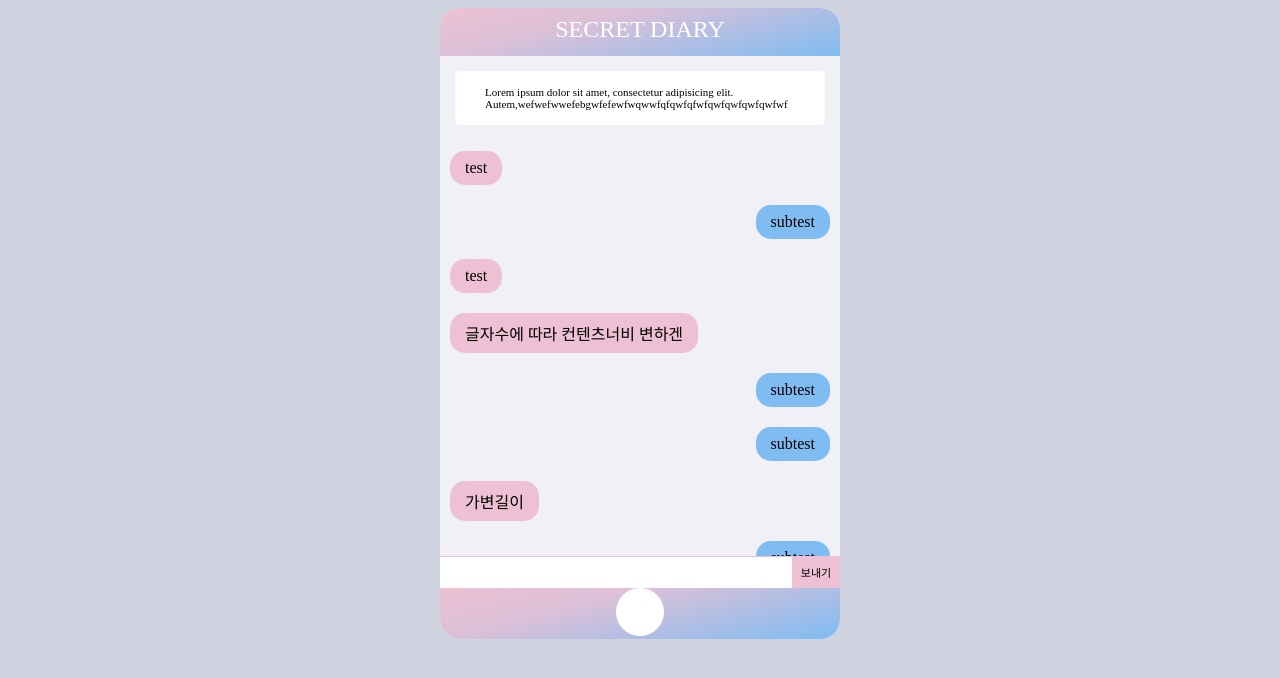
Repository: jinhee196/diary
Page: index.html
These files come from the project's save history. The page is drawn as it stood at one moment and after the next save; the edit follows.
The browser window is 1280 px wide. The pictures show the whole page.

Above is the page before, as saved 2021-06-04 13:01:30.

### index.html
<!DOCTYPE html>
<html lang="ko">
<head>
    <meta charset="UTF-8">
    <meta http-equiv="X-UA-Compatible" content="IE=edge">
    <meta name="viewport" content="width=device-width, initial-scale=1.0">
    <title>secret Note</title>
    <link rel="stylesheet" href="style.css">
</head>
<body>
  <div class="container">
      <header class="header">SECRET DIARY</header>
      <section id="morning">
        <p class="desc">Lorem ipsum dolor sit amet, consectetur adipisicing elit. Autem,wefwefwwefebgwfefewfwqwwfqfqwfqfwfqwfqwfqwfqwfwf </p>
        <ul class="items">
          <li class="item">test</li>
          <li class="item-sub">subtest</li>
          <li class="item">test</li>
          <li class="item">글자수에 따라 컨텐츠너비 변하겐</li>
          <li class="item-sub">subtest</li>
          <li class="item-sub">subtest</li>
          <li class="item">가변길이</li>
          <li class="item-sub">subtest</li>
          <li class="item-sub">subtest</li>
          <li class="item-sub">subtest</li>

        </ul>
        <div class="message">
        <input type="text" class="footer__input" />
        <button class="footer__submit">보내기</button>
        </div>
    </section>
    <footer class="footer">

      <button class="footer__button">
         <i class="fas fa-plus"></i>
       </button>
     </footer>
  </div>
</body>
</html>

### style.css
* {
  box-sizing: border-box;
}
ul {
  padding: 0;
}

button {
  outline: none;
  background: transparent;
  border: none;
  cursor: pointer;
}
body {
  background-color: #ced3df;
  text-align: center;
}

.container {
  width: 400px;
  margin: auto;
  background-color: #f1f0f7;
  border-radius: 20px;
}

.header {
  height: 48px;
  padding: 8px;
  font-size: 24px;
  background: rgba(237, 193, 211);

  background: linear-gradient(
    166deg,
    rgba(237, 193, 211, 1) 0%,
    rgba(219, 192, 216, 1) 35%,
    rgba(127, 188, 242, 1) 100%
  );
  border-radius: 20px 20px 0 0;
  color: #fff;
}

#morning {
  height: 532px;
  position: relative;
  overflow: hidden;
}

.desc {
  width: 370px;
  font-size: 11px;
  text-align: left;
  padding: 15px 30px;
  margin: 15px auto 0;
  background-color: #fff;
  border-radius: 5px;
}
.items {
  height: 500px;
  overflow-y: auto;
}

.item {
  padding: 8px 15px;
  margin: 10px;
  border-radius: 15px;
  background: rgba(237, 193, 211);
  display: inline-block;
  float: left;
  clear: both;
}
.item-sub {
  padding: 8px 15px;
  margin: 10px;
  border-radius: 15px;
  background: rgba(127, 188, 242, 1);
  display: inline-block;
  float: right;
  clear: both;
}

.footer {
  background: rgba(237, 193, 211);

  background: linear-gradient(
    166deg,
    rgba(237, 193, 211, 1) 0%,
    rgba(219, 192, 216, 1) 35%,
    rgba(127, 188, 242, 1) 100%
  );
  border-radius: 0 0 20px 20px;
}
.message {
  position: absolute;
  bottom: 0;
  width: 100%;
}
.footer__input {
  width: 88%;
  height: 32px;
  border: none;
  outline: none;
  font-size: 14px;
  font-weight: 400;
  padding: 0 16px;
  float: left;
  border-top: 1px solid rgba(237, 193, 211);
}

.footer__submit {
  width: 12%;
  height: 32px;
  float: right;
  background-color: rgba(237, 193, 211);
  font-size: 11px;
  padding: 0;
}
.footer__button {
  width: 48px;
  height: 48px;
  background-color: #fff;
  border-radius: 50%;
  color: #fff;
  font-size: 28px;
  transition: transform 300ms ease-in;
}

.footer__button:hover {
  transform: scale(1.1);
}

After the next save:
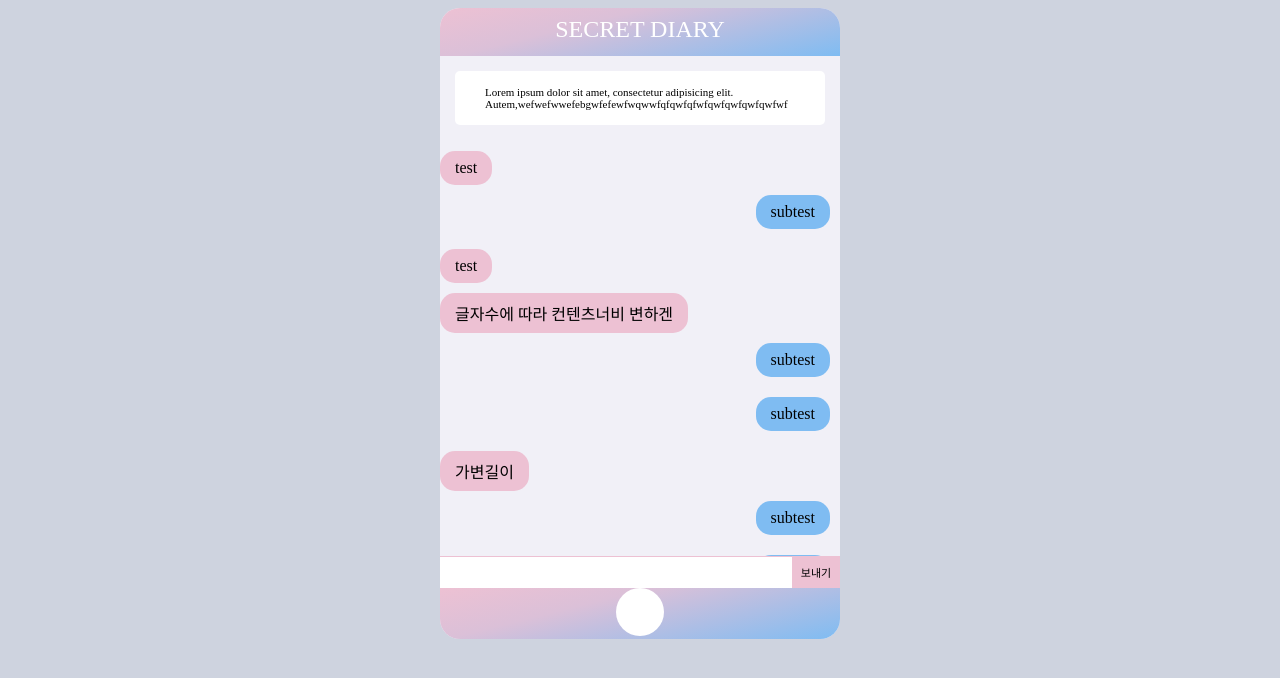
Saved 19 s later.
--- a/style.css
+++ b/style.css
@@ -61,7 +61,7 @@
 
 .item {
   padding: 8px 15px;
-  margin: 10px;
+  margin: 10px 0 0;
   border-radius: 15px;
   background: rgba(237, 193, 211);
   display: inline-block;

After the save that followed:
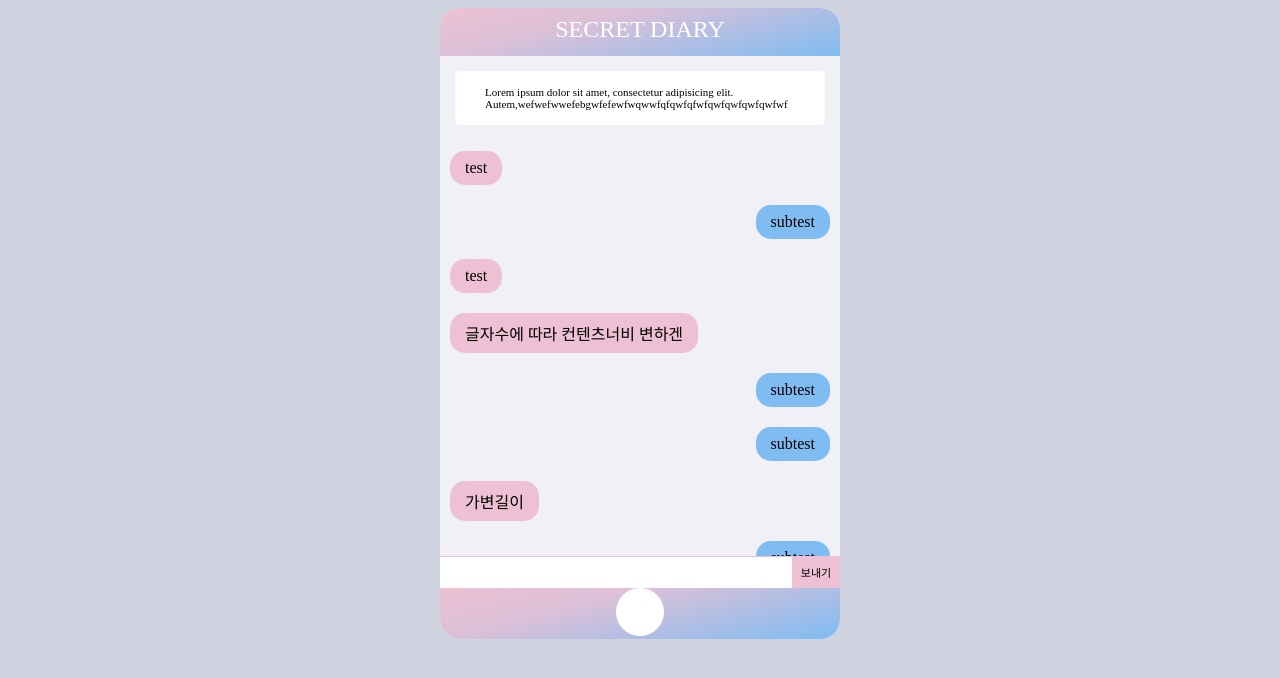
Saved 8 s later.
--- a/style.css
+++ b/style.css
@@ -50,7 +50,7 @@
   font-size: 11px;
   text-align: left;
   padding: 15px 30px;
-  margin: 15px auto 0;
+  margin: 15px auto;
   background-color: #fff;
   border-radius: 5px;
 }
@@ -61,7 +61,7 @@
 
 .item {
   padding: 8px 15px;
-  margin: 10px 0 0;
+  margin: 10px;
   border-radius: 15px;
   background: rgba(237, 193, 211);
   display: inline-block;
